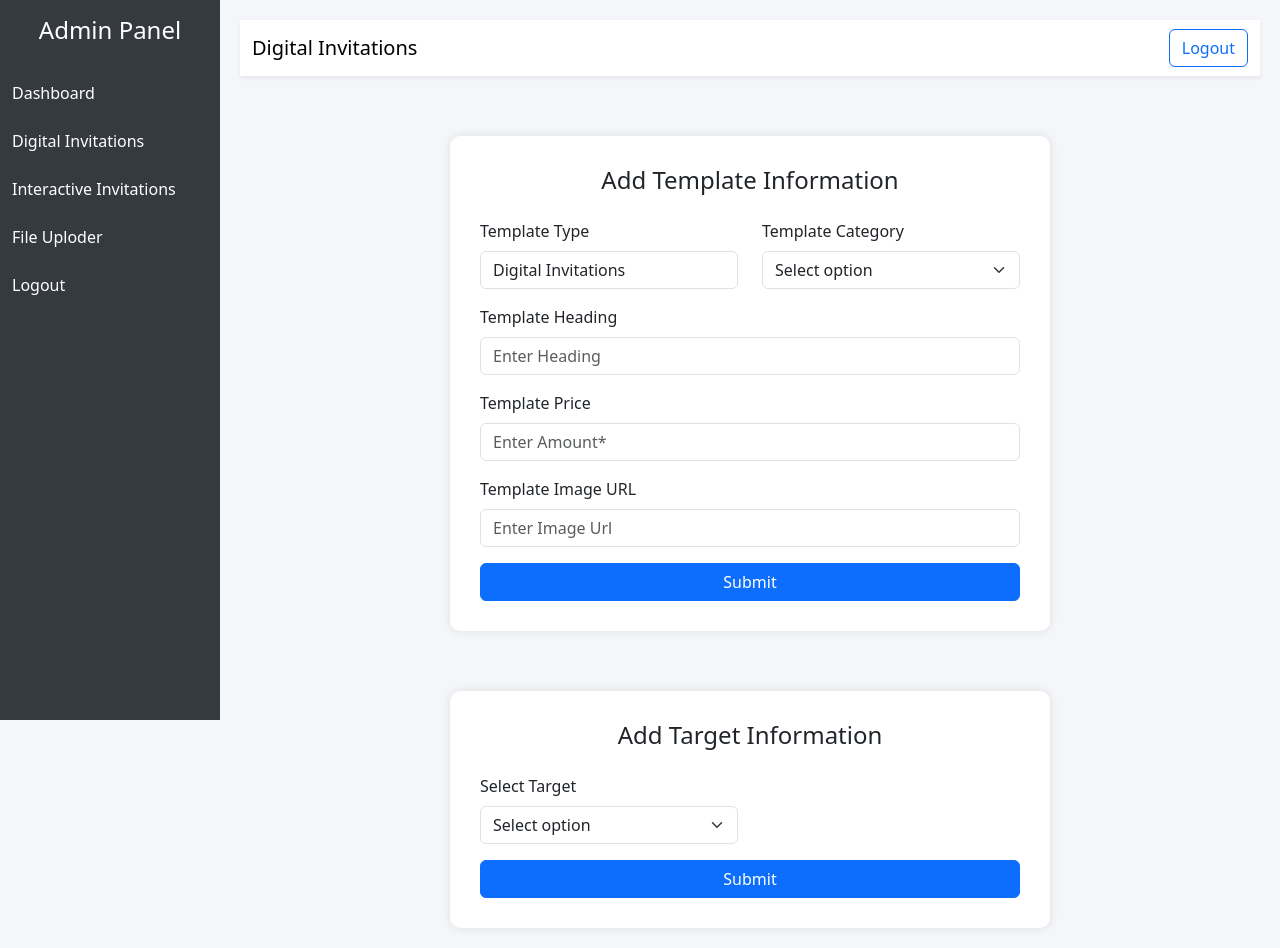
Repository: viraj7551/Flying-Invite-Project
Page: http://localhost/Admin03/digital_invitation.jsp
The author's editor kept a copy of each file at every save. The page is drawn from the files as they stood at one save, then again after the next save.
The browser window is 1280 px wide. The pictures show the whole page.
Some web fonts or font styles are not loaded; a fallback is used. The page is served by Tomcat 9. Other server files are loaded and not shown.

Above is the page before, as saved 2026-03-21 10:09:45.

### Admin03/WebContent/digital_invitation.jsp
<%@ page language="java" contentType="text/html; charset=ISO-8859-1"
    pageEncoding="ISO-8859-1"%>
<!DOCTYPE html>
<html lang="en">
<head>
<meta charset="UTF-8">
<meta name="viewport" content="width=device-width, initial-scale=1.0">

<title>Admin Dashboard</title>
<link rel="preconnect" href="https://fonts.googleapis.com">

<link
	href="https://fonts.googleapis.com/css2?family=Grey+Qo&family=Poppins:ital,wght@0,100;0,200;0,300;0,400;0,500;0,600;0,700;0,800;0,900;1,100;1,200;1,300;1,400;1,500;1,600;1,700;1,800;1,900&display=swap"
	rel="stylesheet">

<!-- Bootstrap CSS -->
<link href="https://cdn.jsdelivr.net/npm/bootstrap@5.3.2/dist/css/bootstrap.min.css" rel="stylesheet">

<style>

body{
background:#f4f6f9;
}

/* Sidebar */
.sidebar{
height:100vh;
background:#343a40;
color:white;
position:fixed;
width:220px;
}

.sidebar a{
color:white;
text-decoration:none;
display:block;
padding:12px;
}

.sidebar a:hover{
background:#495057;
}

/* Content */
.content{
margin-left:220px;
padding:20px;
}

/* Cards */
.card-box{
border-radius:10px;
color:white;
padding:20px;
}

.bg-blue{background:#0d6efd;}
.bg-green{background:#198754;}
.bg-orange{background:#fd7e14;}
.bg-red{background:#dc3545;}

.form-container{
max-width:600px;
margin:auto;
margin-top:60px;
padding:30px;
background:white;
border-radius:10px;
box-shadow:0 0 10px rgba(0,0,0,0.1);
}



/* Mobile */
@media(max-width:768px){

.sidebar{
position:relative;
width:100%;
height:auto;
}

.content{
margin-left:0;
}

}
</style>


</head>

<body>

<div class="sidebar">

<h4 class="text-center py-3">Admin Panel</h4>

<a href="dashboard.jsp">Dashboard</a>
<a href="#">Digital Invitations</a>
<a href="#">Interactive Invitations</a>
<a href="file_uploader.jsp">File Uploder</a>
<a href="administrator.jsp">Logout</a>

</div>


<div class="content">

<!-- Navbar -->

<nav class="navbar navbar-light bg-white shadow-sm mb-4">
<div class="container-fluid">

<span class="navbar-brand">Digital Invitations</span>

<a href="administrator.jsp" class="btn btn-outline-primary">Logout</a>

</div>
</nav>



 <!-- ----------------- Form starts here -->

<div class="container">

<div class="form-container">

<h4 class="mb-4 text-center">Add Template Information</h4>

<form method="POST" action="/Invitations">

<div class="row">

<div class="col-md-6 mb-3">
<label class="form-label">Template Type</label>
<input type="text" class="form-control" placeholder="Enter first name" name="template_type_selector"  value = "Digital Invitations" readonly>
</div>

<div class="col-md-6 mb-3">
<label class="form-label">Template Category</label>
<select class="form-select" name="template_category_selector">
<option selected>Select option</option>
<option value="1">Greetings</option>
<option value="2">Invitation</option>
</select>
</div>
</div>

<div class="mb-3">
<label class="form-label">Template Heading</label>
<input type="email" class="form-control" placeholder="Enter Heading" name="template_heading">
</div>


<div class="mb-3">
<label class="form-label">Template Price</label>
<input type="email" class="form-control" placeholder="Enter Amount*" name="total_amount">
</div>



<div class="mb-3">
<label class="form-label">Template Image URL</label>
<input type="email" class="form-control" placeholder="Enter Image Url" name="template_image">
</div>

<div class="d-grid">
<button type="submit" class="btn btn-primary">
Submit
</button>
</div>

</form>

</div>

</div>

 <!-- ------------------ Form ends here -->



 <!-- -------------------- Form 2 starts here -->

<div class="container">
<div class="form-container">
<h4 class="mb-4 text-center">Add Target Information</h4>
<form method="POST" action="/Invitations">
<div class="row">
      <div class="col-md-6 mb-3">
      <label class="form-label">Select Target</label>
      <select id ="first_drop_down" class="form-select" onchange = "festivalFilter()" name="target_selector">
          <option selected>Select option</option>
          <option value="1">Wedding</option>
          <option value="2">Baby Shower</option>
          <option value="3">Birthday</option>
          <option value="4">Anniversary</option>
          <option value="5">Festival</option>
       </select>
</div>

<div class="col-md-6 mb-3" id="second_drop_down" style="display:none";>
      <label class="form-label">Select Festival</label>
          <select class="form-select" name="festival_selector">
             <option selected>Select option</option>
<option value="1">Makar Sankranti</option>
<option value="2">Holi</option>
<option value="3">Eid-ul-Fitr</option>
<option value="4">Gudi Padwa</option>
<option value="5">Ram Navami</option>
<option value="6">Easter</option>
<option value="7">Independence Day</option>
<option value="8">Raksha Bandhan</option>
<option value="9">Janmashtami</option>
<option value="10">Ganesh Chaturthi</option>
<option value="11">Dussehra</option>
<option value="12">Diwali</option>
</select>
</div>
</div>

<div class="d-grid">
<button type="submit" class="btn btn-primary">
Submit
</button>
</div>

</form>
</div>
</div>


 <!-- ---------------------Form 2 ends here -->


</div>

<script>

   function festivalFilter(){
	   let firstValue = document.getElementById("first_drop_down").value;
	   if(firstValue === "5"){
		   document.getElementById("second_drop_down").style.display="block";
	   }else{
		   document.getElementById("second_drop_down").style.display="none";
	   }
   }

</script>

<script src="https://cdn.jsdelivr.net/npm/bootstrap@5.3.2/dist/js/bootstrap.bundle.min.js"></script>
</body>
</html>

After the next save:
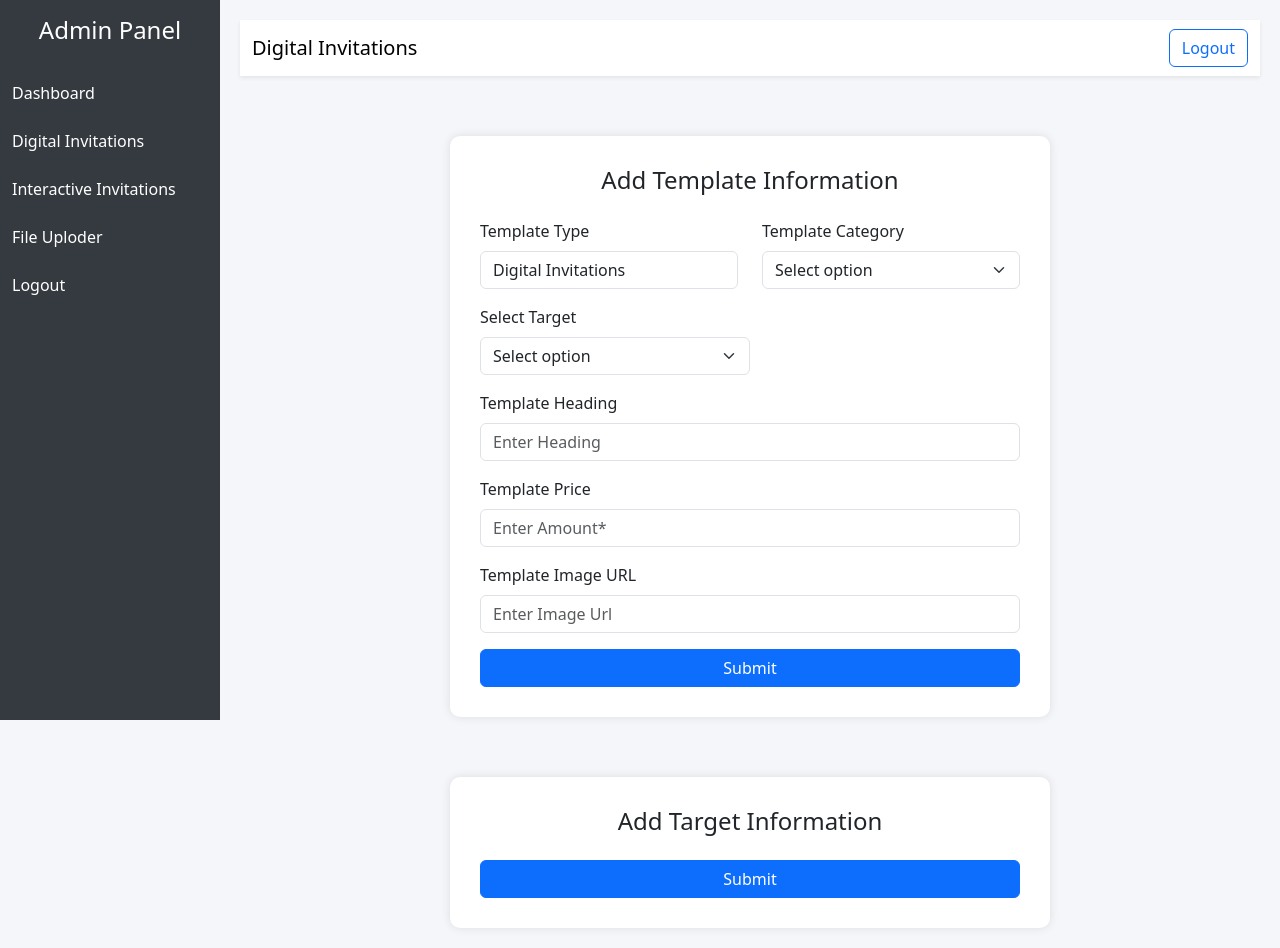
Saved 20 min 25 s later.
--- a/Admin03/WebContent/digital_invitation.jsp
+++ b/Admin03/WebContent/digital_invitation.jsp
@@ -149,47 +149,6 @@ margin-left:0;
 </div>
 </div>
 
-<div class="mb-3">
-<label class="form-label">Template Heading</label>
-<input type="email" class="form-control" placeholder="Enter Heading" name="template_heading">
-</div>
-
-
-<div class="mb-3">
-<label class="form-label">Template Price</label>
-<input type="email" class="form-control" placeholder="Enter Amount*" name="total_amount">
-</div>
-
-
-
-<div class="mb-3">
-<label class="form-label">Template Image URL</label>
-<input type="email" class="form-control" placeholder="Enter Image Url" name="template_image">
-</div>
-
-<div class="d-grid">
-<button type="submit" class="btn btn-primary">
-Submit
-</button>
-</div>
-
-</form>
-
-</div>
-
-</div>
-
- <!-- ------------------ Form ends here -->
-
-
-
- <!-- -------------------- Form 2 starts here -->
-
-<div class="container">
-<div class="form-container">
-<h4 class="mb-4 text-center">Add Target Information</h4>
-<form method="POST" action="/Invitations">
-<div class="row">
       <div class="col-md-6 mb-3">
       <label class="form-label">Select Target</label>
       <select id ="first_drop_down" class="form-select" onchange = "festivalFilter()" name="target_selector">
@@ -220,6 +179,50 @@ Submit
 <option value="12">Diwali</option>
 </select>
 </div>
+
+
+<div class="mb-3">
+<label class="form-label">Template Heading</label>
+<input type="email" class="form-control" placeholder="Enter Heading" name="template_heading">
+</div>
+
+
+<div class="mb-3">
+<label class="form-label">Template Price</label>
+<input type="email" class="form-control" placeholder="Enter Amount*" name="total_amount">
+</div>
+
+
+
+<div class="mb-3">
+<label class="form-label">Template Image URL</label>
+<input type="email" class="form-control" placeholder="Enter Image Url" name="template_image">
+</div>
+
+<div class="d-grid">
+<button type="submit" class="btn btn-primary">
+Submit
+</button>
+</div>
+
+</form>
+
+</div>
+
+</div>
+
+ <!-- ------------------ Form ends here -->
+
+
+
+ <!-- -------------------- Form 2 starts here -->
+
+<div class="container">
+<div class="form-container">
+<h4 class="mb-4 text-center">Add Target Information</h4>
+<form method="POST" action="/Invitations">
+<div class="row">
+
 </div>
 
 <div class="d-grid">
